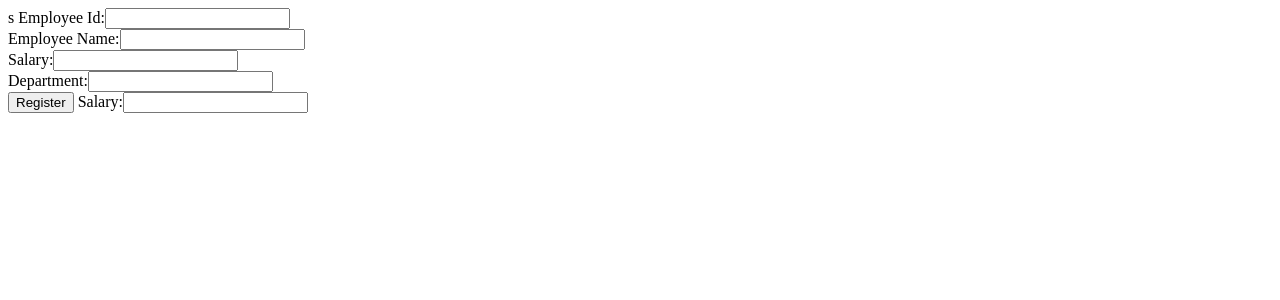
Repository: iamvinayhv/Servlet
Page: http://localhost/EmployeeApp/jsp/register.jsp
These files come from the project's save history. The page is drawn as it stood at one moment and after the next save; the edit follows.
The browser window is 1280 px wide. The pictures show the whole page.
The page is served by Tomcat 9.

Above is the page before, as saved 2017-03-09 09:38:39.

After the next save:
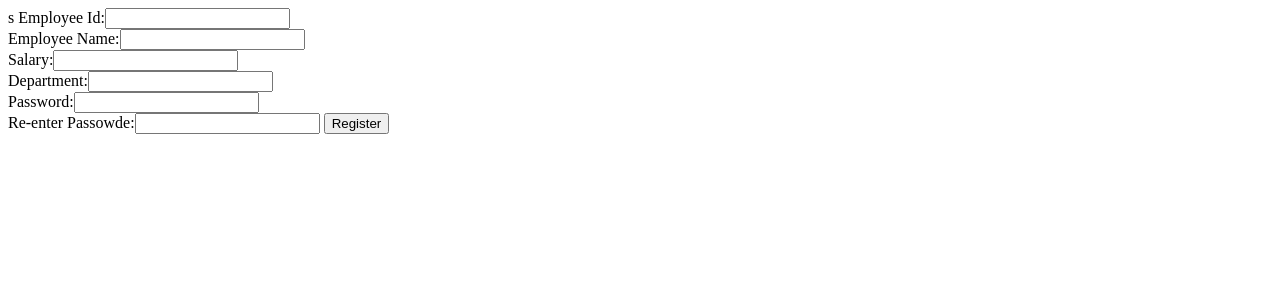
Saved 62 s later.
--- a/EmployeeApp/WebContent/jsp/register.jsp
+++ b/EmployeeApp/WebContent/jsp/register.jsp
@@ -14,8 +14,10 @@
 Employee Name:<input type="text" name="name"><br/>
 Salary:<input type="text" name="sal"><br/>
 Department:<input type="text" name="dept"><br/>
+Password:<input type="password" name="pwd"><br/>
+Re-enter Passowde:<input type="password" name="cpwd">
 <input type="submit" value="Register">
-Salary:<input type="password" name="pwd"><br/>
+
 
 </form>
 
